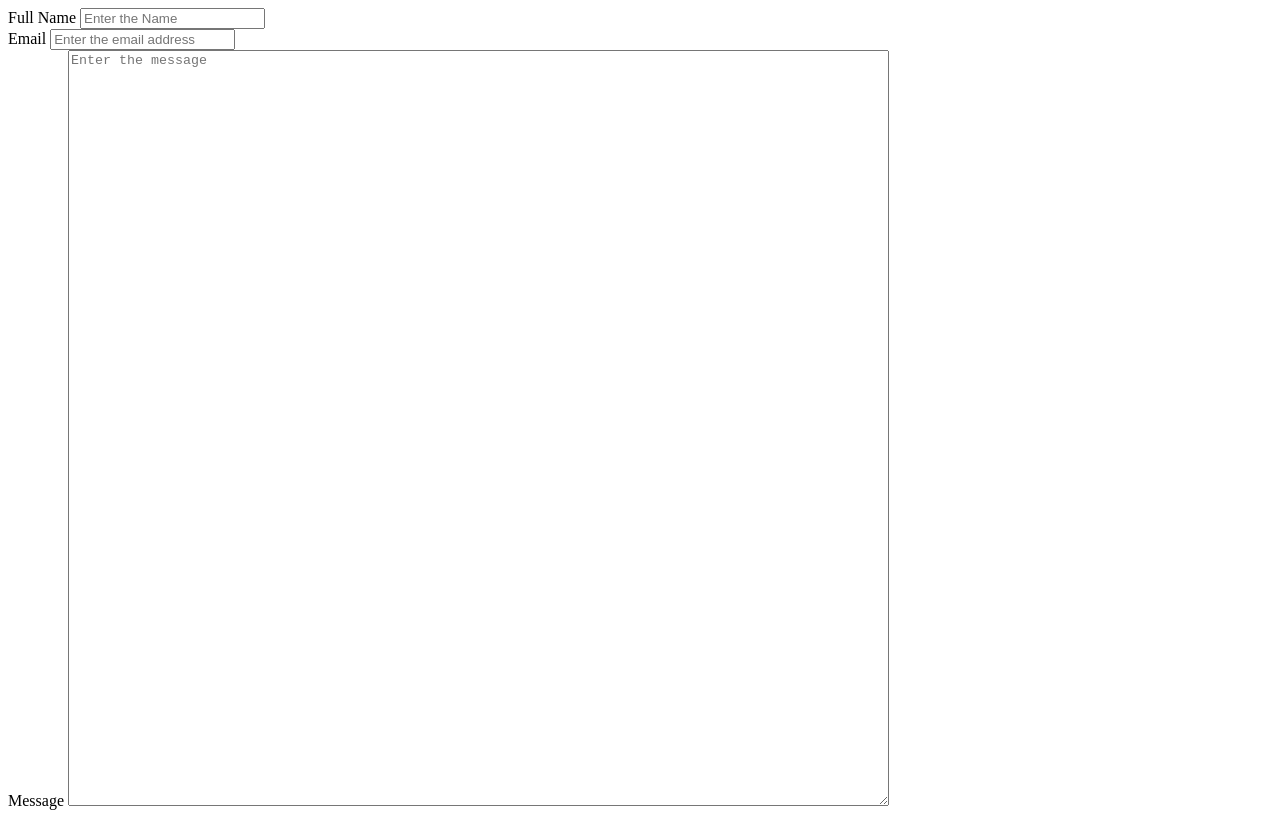
Repository: Shivamkr522/Contact_Us_Page
Page: http://localhost/ContactUs/index.jsp
These files come from the project's save history. The page is drawn as it stood at one moment and after the next save; the edit follows.
The browser window is 1280 px wide. The pictures show the whole page.
The page is served by Tomcat 9. Other server files are loaded and not shown.

Above is the page before, as saved 2022-12-07 06:27:42.

### ContactUs/src/main/webapp/index.jsp
<%@ page language="java" contentType="text/html; charset=UTF-8"
    pageEncoding="UTF-8"%>
<!DOCTYPE html>
<html>
<head>
<meta charset="UTF-8">
<title>Insert title here</title>
</head>
<body>
	<div>
		<form action="">
			<div>
				<label>Full Name</label>
				<input type="text" id="fullName" name="fullName" placeholder="Enter the Name">
			</div>
			<div>
				<label>Email</label>
				<input type="email" id="email" name="email" placeholder="Enter the email address">
			</div>
			<div>
				<label>Message</label>
				<textarea rows="50" cols="100" placeholder="Enter the message"></textarea>
			</div>
		</form>
	</div>
</body>
</html>

After the next save:
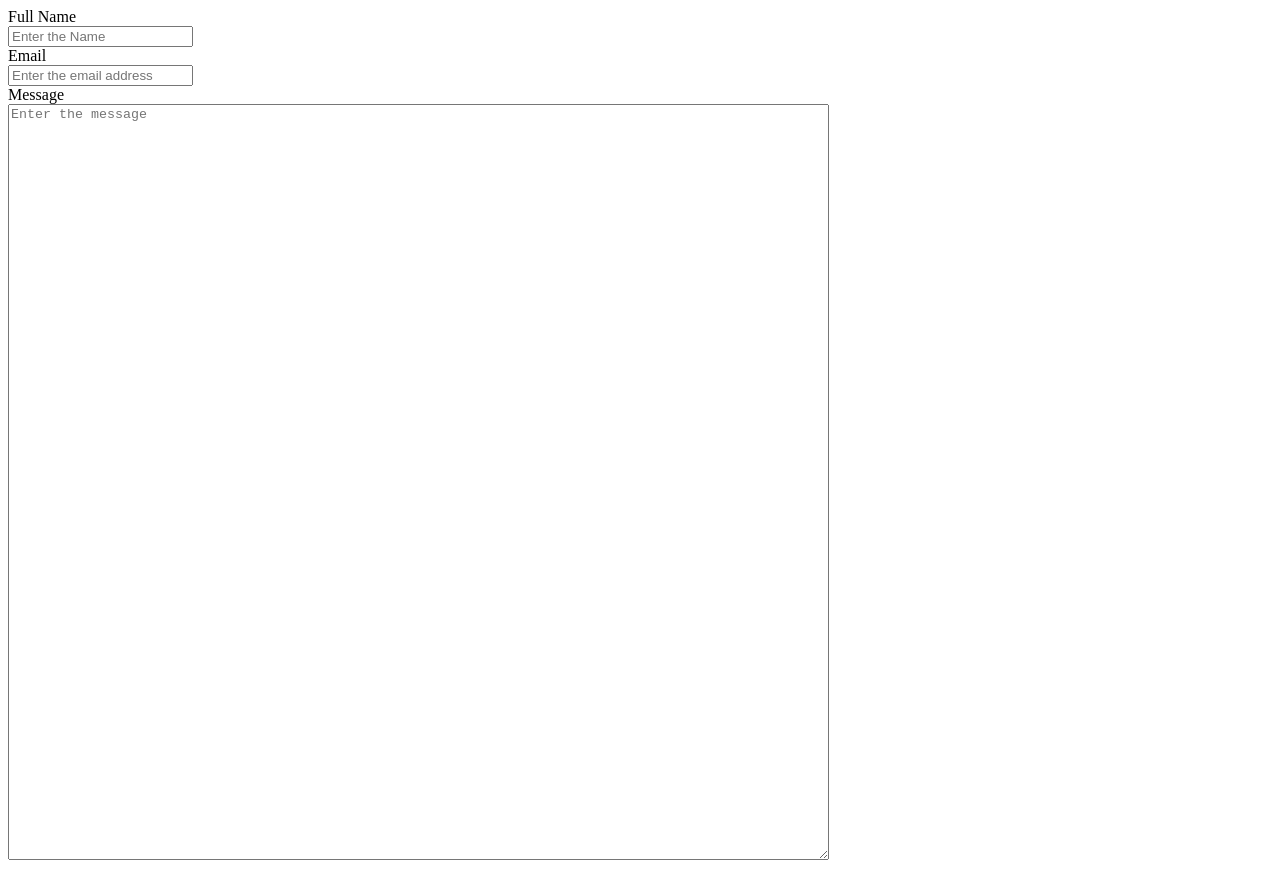
Saved 19 s later.
--- a/ContactUs/src/main/webapp/index.jsp
+++ b/ContactUs/src/main/webapp/index.jsp
@@ -10,15 +10,15 @@
 	<div>
 		<form action="">
 			<div>
-				<label>Full Name</label>
+				<label>Full Name</label><br>
 				<input type="text" id="fullName" name="fullName" placeholder="Enter the Name">
 			</div>
 			<div>
-				<label>Email</label>
+				<label>Email</label><br>
 				<input type="email" id="email" name="email" placeholder="Enter the email address">
 			</div>
 			<div>
-				<label>Message</label>
+				<label>Message</label><br>
 				<textarea rows="50" cols="100" placeholder="Enter the message"></textarea>
 			</div>
 		</form>
